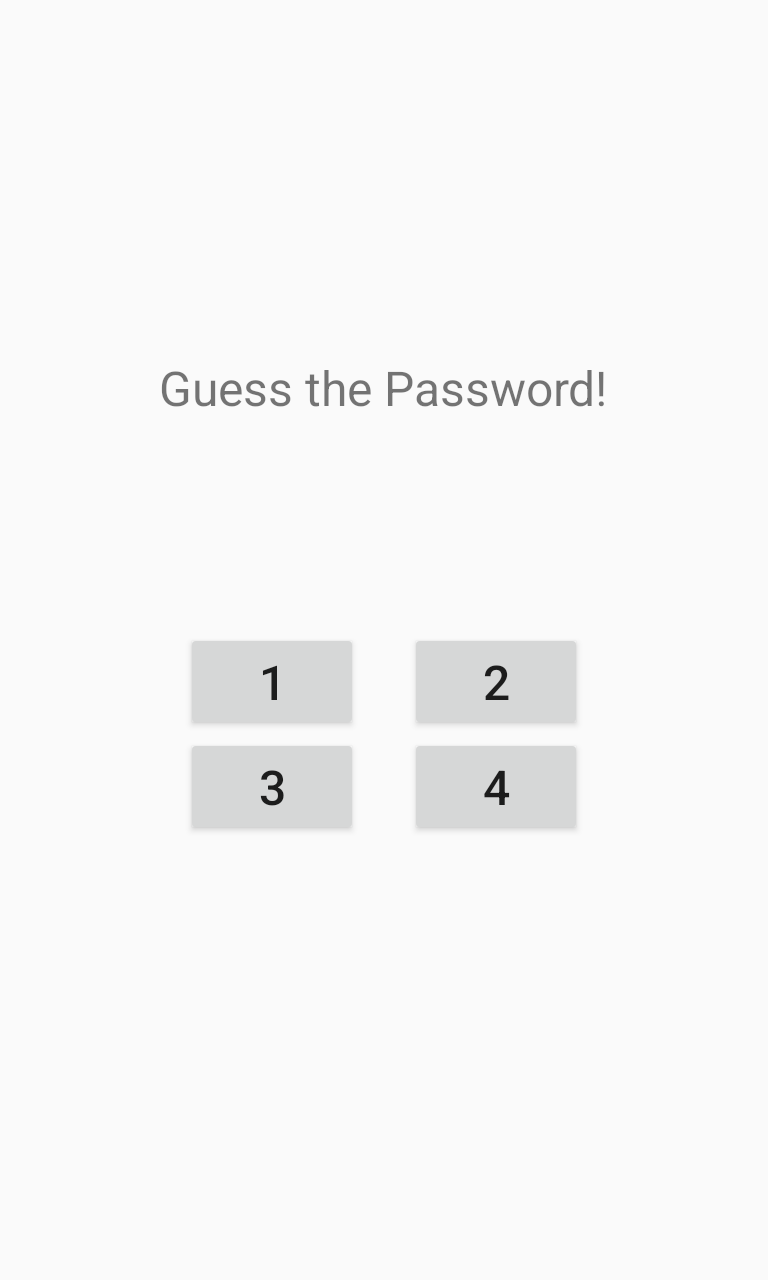
Repository: cryder3/csc303
Layout: Challenge1/res/layout/activity_topsecret.xml
The author's editor kept a copy of each file at every save. The layout is drawn from the files as they stood at one save, then again after the next save.
It is drawn on a 768 x 1280 px phone screen (xhdpi) without system bars, with theme AppTheme; the app's code is not run.

Above is the layout before, as saved 2014-09-10 16:01:56.

After the next save:
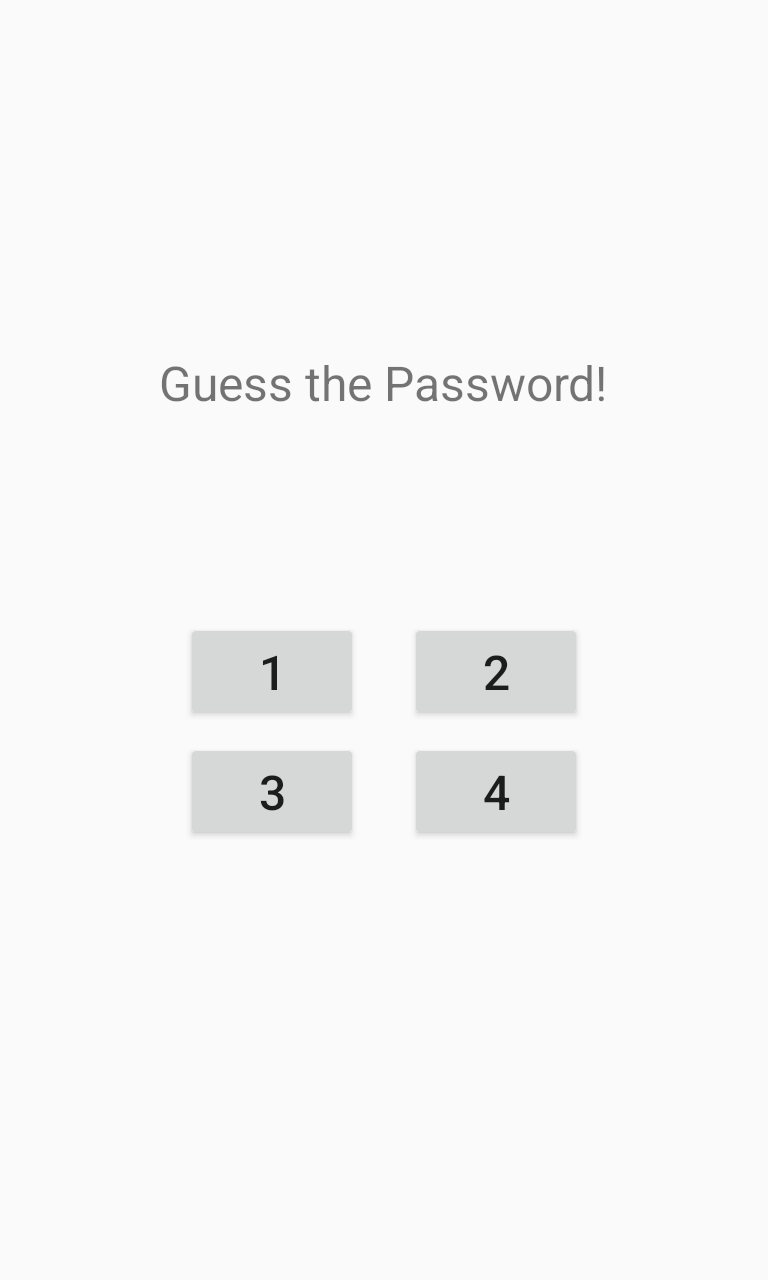
Saved 7 min 11 s later.
--- a/Challenge1/res/layout/activity_topsecret.xml
+++ b/Challenge1/res/layout/activity_topsecret.xml
@@ -32,16 +32,18 @@
             android:id="@+id/button1"
             android:layout_width="wrap_content"
             android:layout_height="wrap_content"
-            android:textSize="24dp"
+            android:layout_marginBottom="5dp"
             android:layout_marginRight="24dp"
-            android:text="@string/one" />
+            android:text="@string/one"
+            android:textSize="24dp" />
 
         <Button
             android:id="@+id/button2"
             android:layout_width="wrap_content"
             android:layout_height="wrap_content"
-            android:textSize="24dp"
-            android:text="@string/two" />
+            android:layout_marginBottom="5dp"
+            android:text="@string/two"
+            android:textSize="24dp" />
 
     </LinearLayout>
 
